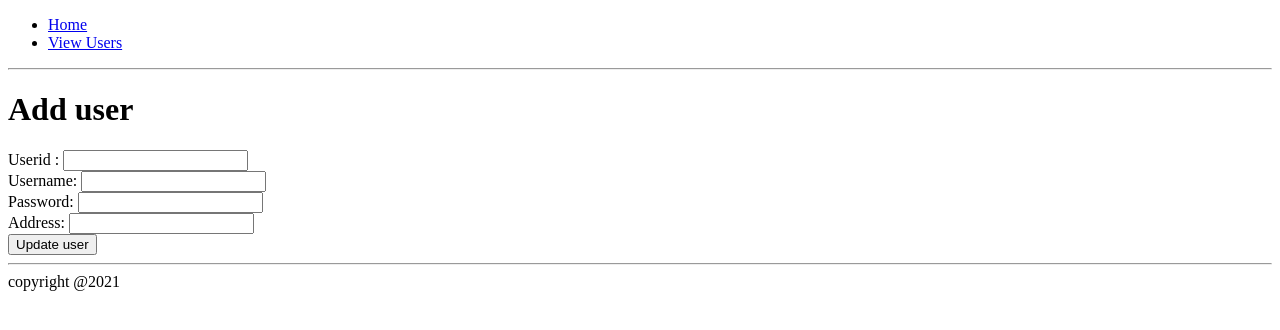
Repository: adit22747/java
Page: http://localhost/casestudy/user/edit-user.jsp
These files come from the project's save history. The page is drawn as it stood at one moment and after the next save; the edit follows.
The browser window is 1280 px wide. The pictures show the whole page.
The page is served by Tomcat 9. Other server files are loaded and not shown.

Above is the page before, as saved 2021-02-03 12:35:21.

### advance_java/programs/casestudy/src/main/webapp/user/edit-user.jsp
<%@include file="header.jsp"%>
<%@ page isELIgnored="false" %>

<h1>Add user</h1>
<form action="<%=request.getContextPath() %>/UserController/edit-user" method="post">
	Userid : <input type="text" name="id" value="${user.id }" readonly="readonly">
	<br>
	Username: <input type="text" name="username" value="${user.name}">
	<br>
	Password: <input type="password" name="password">
	<br>
	Address: <input type="text" name="address" value="${user.address}">
	<br>
	<input type="submit" value="Update user">
</form>


<%@include file="footer.jsp"%>

### advance_java/programs/casestudy/src/main/webapp/user/header.jsp
<%@ page language="java" contentType="text/html; charset=ISO-8859-1"
	pageEncoding="ISO-8859-1"%>
<!DOCTYPE html>
<html>
<head>
<meta charset="ISO-8859-1">
<title>Insert title here</title>
</head>
<body>
	<ul>
		<li><a href="#">Home</a></li>
		<li><a href="#">View Users</a></li>
	</ul>
	<hr>

### advance_java/programs/casestudy/src/main/webapp/user/footer.jsp
<hr>
<div>copyright @2021</div>
</body>
</html>

After the next save:
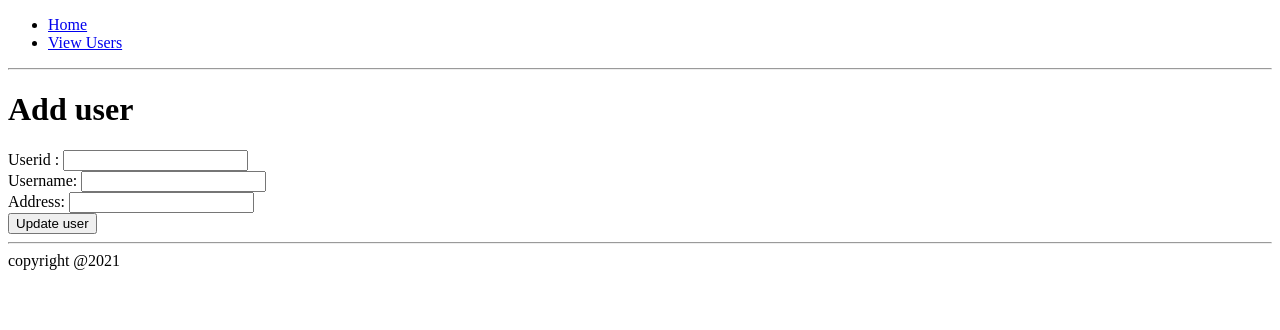
Saved 75 s later.
--- a/advance_java/programs/casestudy/src/main/webapp/user/edit-user.jsp
+++ b/advance_java/programs/casestudy/src/main/webapp/user/edit-user.jsp
@@ -7,8 +7,6 @@
 	<br>
 	Username: <input type="text" name="username" value="${user.name}">
 	<br>
-	Password: <input type="password" name="password">
-	<br>
 	Address: <input type="text" name="address" value="${user.address}">
 	<br>
 	<input type="submit" value="Update user">
